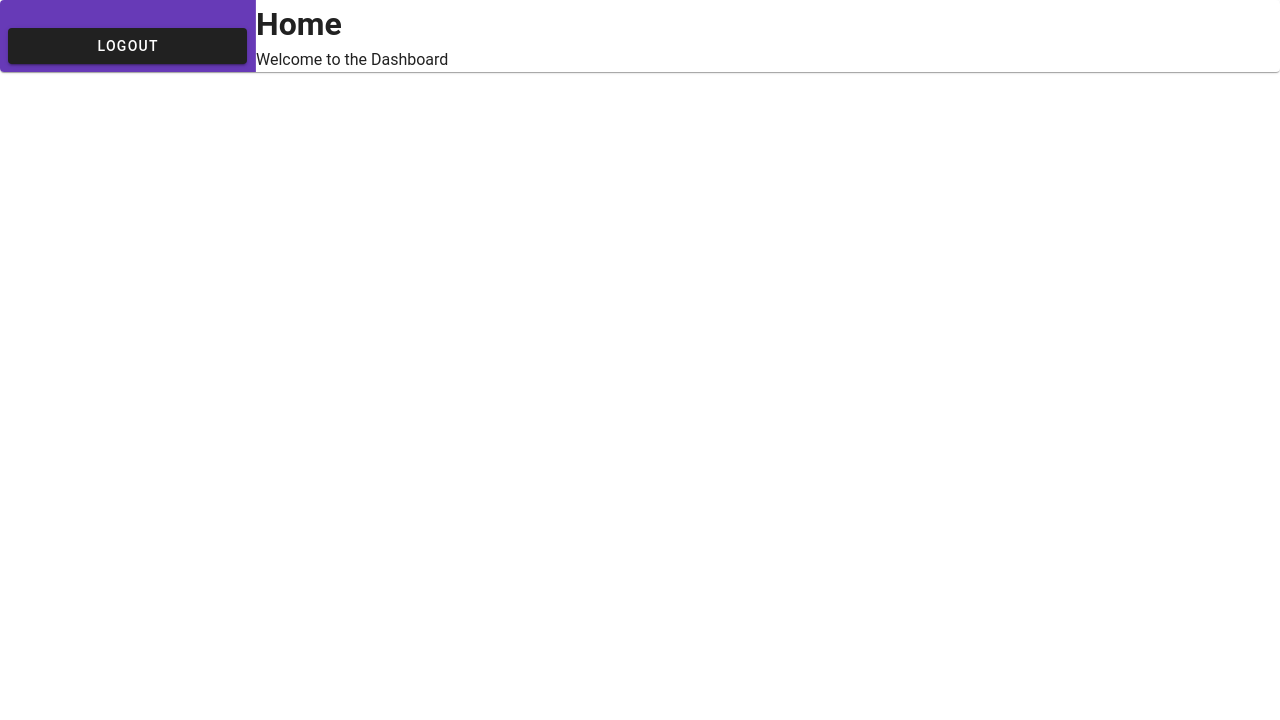
Repository: NtiSilva/Front_AG
Page: /
An editor plug-in stored every save of this project. The page is shown before and after the next save, followed by the edit.
The browser window is 1280 px wide. The pictures show the whole page.
The project was rebuilt for these pictures with package versions that can differ from the ones it lists, and the page was loaded fresh each time. Also part of the build but not shown: vite.config.mjs, src/components/Alert.vue, src/components/Atividades/FormActivities.vue, src/components/Atividades/index.vue, src/components/Clientes/FormClient.vue, src/components/Dialog.vue, src/components/DialogRemove.vue, src/components/Clientes/ListClients.vue and 9 more.

Above is the page before, as saved 2024-06-19 16:15:15.

### src/App.vue
<template>
  <v-app>
    <v-card>
    <v-layout>
      <v-navigation-drawer
        class="bg-deep-purple"
        theme="dark"
        permanent
      >
        <v-list color="transparent">
          <v-list-item prepend-icon="mdi-view-dashboard" title="Dashboard"></v-list-item>
          <v-list-item prepend-icon="mdi-account-box" title="Account"></v-list-item>
          <v-list-item prepend-icon="mdi-gavel" title="Admin"></v-list-item>
        </v-list>

        <template v-slot:append>
          <div class="pa-2">
            <v-btn block>
              Logout
            </v-btn>
          </div>
        </template>
      </v-navigation-drawer>

      <v-main style="height: 100%">
        <router-view />
      </v-main>
    </v-layout>
  </v-card>
  </v-app>
</template>

<script>
export default {
  name: 'App',
  methods: {
    navigateTo(route) {
      this.$router.push(route);
    },
  },
};
</script>

### src/plugins/vuetify.js
/**
 * plugins/vuetify.js
 *
 * Framework documentation: https://vuetifyjs.com`
 */

// Styles
import "@mdi/font/css/materialdesignicons.css";
import "vuetify/styles";

// Composables
import { createVuetify } from "vuetify";

// https://vuetifyjs.com/en/introduction/why-vuetify/#feature-guides
export default createVuetify({
  // theme: {
  //   defaultTheme: "",
  // },
});

### src/router/index.js
import { createRouter, createWebHistory } from "vue-router";
import Projects from "@/pages/Projects.vue";
import Activities from "@/pages/Activities.vue";
import Clients from "@/pages/Clients.vue";
import Home from "@/pages/HomePage.vue";

const routes = [
  {
    path: "/",
    name: "Home",
    component: Home,
  },
  {
    path: "/clients",
    name: "Clients",
    component: Clients,
  },
  {
    path: "/activities",
    name: "Activities",
    component: Activities,
  },
  {
    path: "/projects",
    name: "Projects",
    component: Projects,
  },
];

const router = createRouter({
  history: createWebHistory(process.env.BASE_URL),
  routes,
});

export default router;

### src/pages/HomePage.vue
<template>
  <div>
    <h1>Home</h1>
    <p>Welcome to the Dashboard</p>
  </div>
</template>

<script>
export default {
  name: 'Home',
};
</script>

Loaded but not shown: index.html (common file); src/main.js (common file); src/plugins/index.js (common file)

After the next save:
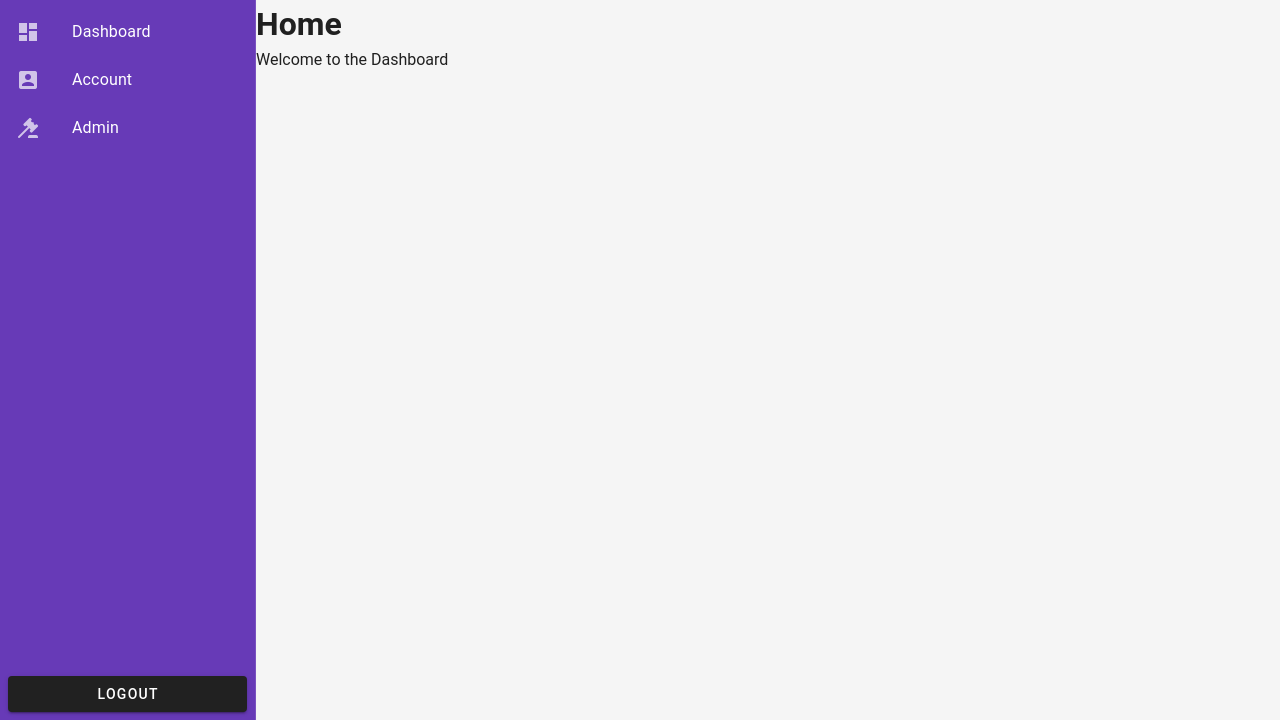
Saved 67 s later.
--- a/src/App.vue
+++ b/src/App.vue
@@ -1,32 +1,28 @@
 <template>
   <v-app>
-    <v-card>
-    <v-layout>
-      <v-navigation-drawer
-        class="bg-deep-purple"
-        theme="dark"
-        permanent
-      >
-        <v-list color="transparent">
-          <v-list-item prepend-icon="mdi-view-dashboard" title="Dashboard"></v-list-item>
-          <v-list-item prepend-icon="mdi-account-box" title="Account"></v-list-item>
-          <v-list-item prepend-icon="mdi-gavel" title="Admin"></v-list-item>
-        </v-list>
+    <v-navigation-drawer
+      class="bg-deep-purple"
+      theme="dark"
+      permanent
+    >
+      <v-list color="transparent">
+        <v-list-item prepend-icon="mdi-view-dashboard" title="Dashboard" @click="navigateTo('/dashboard')"></v-list-item>
+        <v-list-item prepend-icon="mdi-account-box" title="Account" @click="navigateTo('/account')"></v-list-item>
+        <v-list-item prepend-icon="mdi-gavel" title="Admin" @click="navigateTo('/admin')"></v-list-item>
+      </v-list>
 
-        <template v-slot:append>
-          <div class="pa-2">
-            <v-btn block>
-              Logout
-            </v-btn>
-          </div>
-        </template>
-      </v-navigation-drawer>
+      <template v-slot:append>
+        <div class="pa-2">
+          <v-btn block @click="logout">
+            Logout
+          </v-btn>
+        </div>
+      </template>
+    </v-navigation-drawer>
 
-      <v-main style="height: 100%">
-        <router-view />
-      </v-main>
-    </v-layout>
-  </v-card>
+    <v-main class="main-content">
+      <router-view />
+    </v-main>
   </v-app>
 </template>
 
@@ -37,6 +33,31 @@ export default {
     navigateTo(route) {
       this.$router.push(route);
     },
+    logout() {
+      // lógica para logout
+    },
   },
 };
 </script>
+
+<style>
+html, body, #app {
+  height: 100%;
+  margin: 0;
+}
+
+.v-application {
+  height: 100%;
+}
+
+.v-main {
+  display: flex;
+  flex-direction: column;
+  height: 100%;
+  background-color: #f5f5f5;
+}
+
+.v-navigation-drawer {
+  height: 100%;
+}
+</style>
